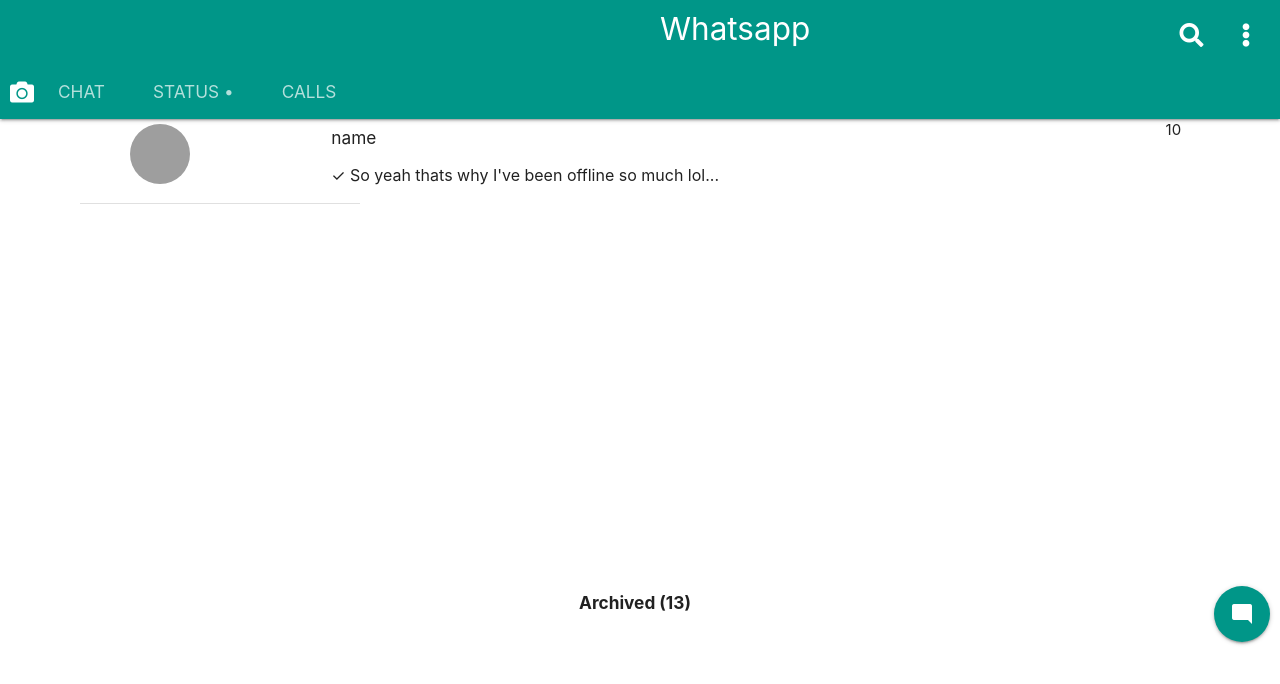
Repository: Ajtheult/Whatsapp_recreation
Page: /
These files come from the project's save history. The page is drawn as it stood at one moment and after the next save; the edit follows.
The browser window is 1280 px wide. The pictures show the whole page.
Pictures or frames that could not be fetched are drawn as grey boxes. The project was rebuilt for these pictures with package versions that can differ from the ones it lists, and the page was loaded fresh each time. Also part of the build but not shown: src/components/layout/pages/StatusMenu.js, src/components/layout/pages/CallMenu.js.

Above is the page before, as saved 2020-07-31 11:19:55.

After the next save:
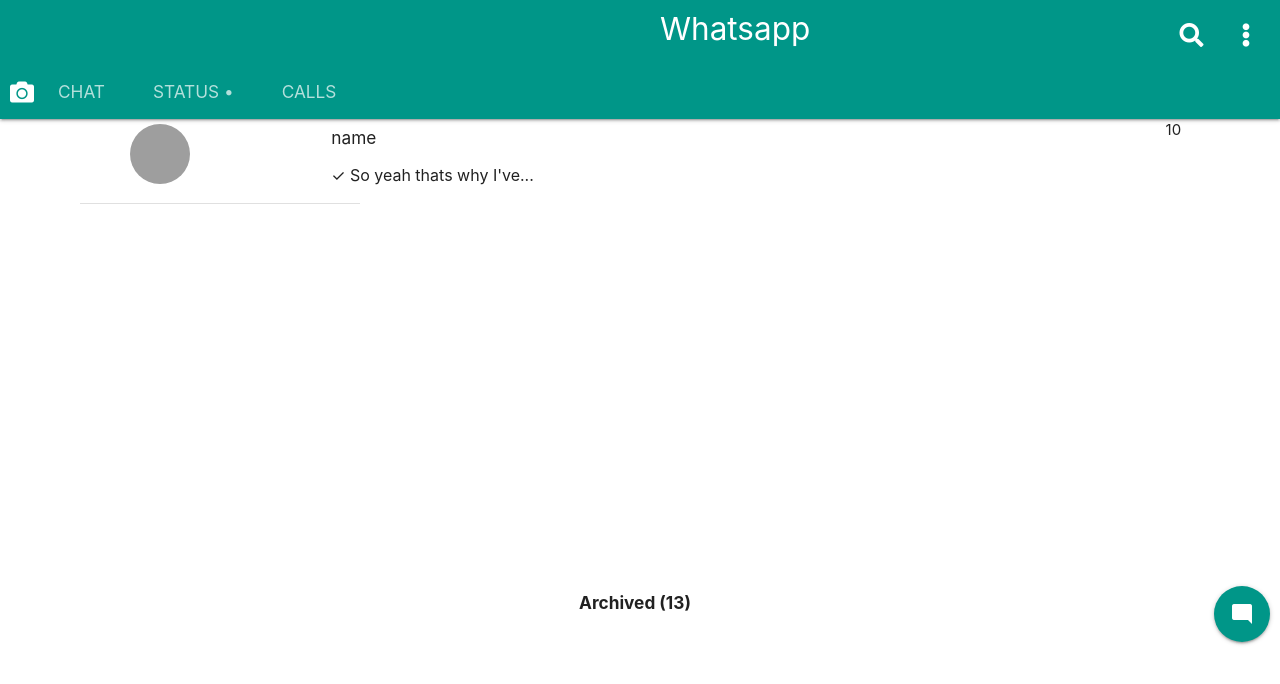
Saved 18 s later.
--- a/src/components/layout/pages/ChatMenu.js
+++ b/src/components/layout/pages/ChatMenu.js
@@ -8,7 +8,7 @@
       img:
         "https://cdn.pixabay.com/photo/2016/04/25/18/07/halcyon-1352522_1280.jpg",
       name: "name",
-      message: "✓ So yeah thats why I've been offline so much lol...",
+      message: "✓ So yeah thats why I've...",
     },
   ]);
   return (
